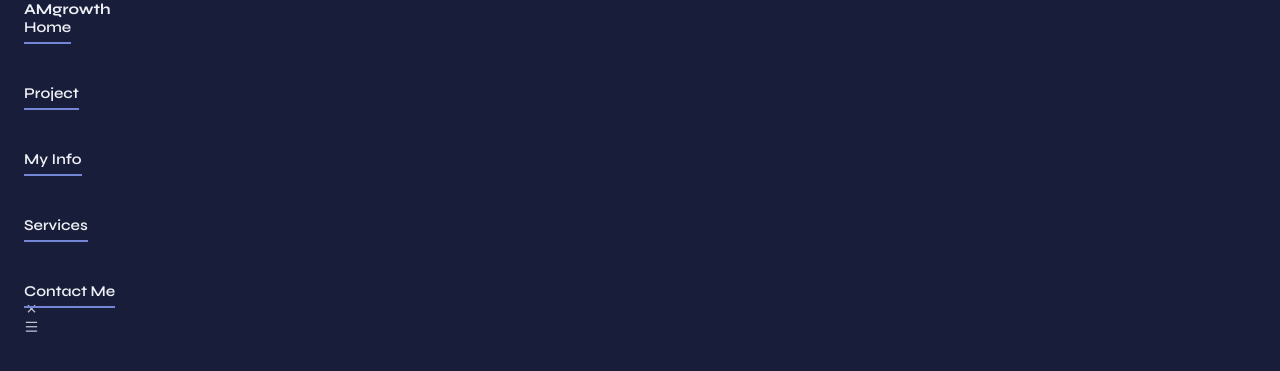
Repository: Ademaulana100499/portofolio
Page: index.html
These files come from the project's save history. The page is drawn as it stood at one moment and after the next save; the edit follows.
The browser window is 1280 px wide. The pictures show the whole page.
Some web fonts or font styles are not loaded; a fallback is used.

Above is the page before, as saved 2024-11-28 14:53:05.

After the next save:
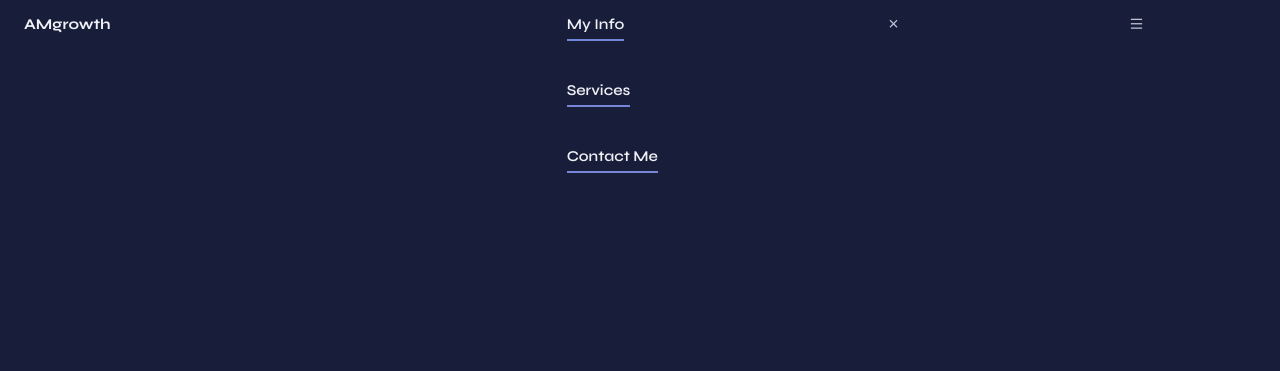
Saved 6 s later.
--- a/assets/css/style.css
+++ b/assets/css/style.css
@@ -135,6 +135,13 @@
   left: 0;
   background-color: transparent;
   z-index: var(--z-fixed);
+}
+.nav {
+  position: relative;
+  height: var(--header-height);
+  display: flex;
+  justify-content: space-between;
+  align-items: center;
 }
 
 .nav__logo {
